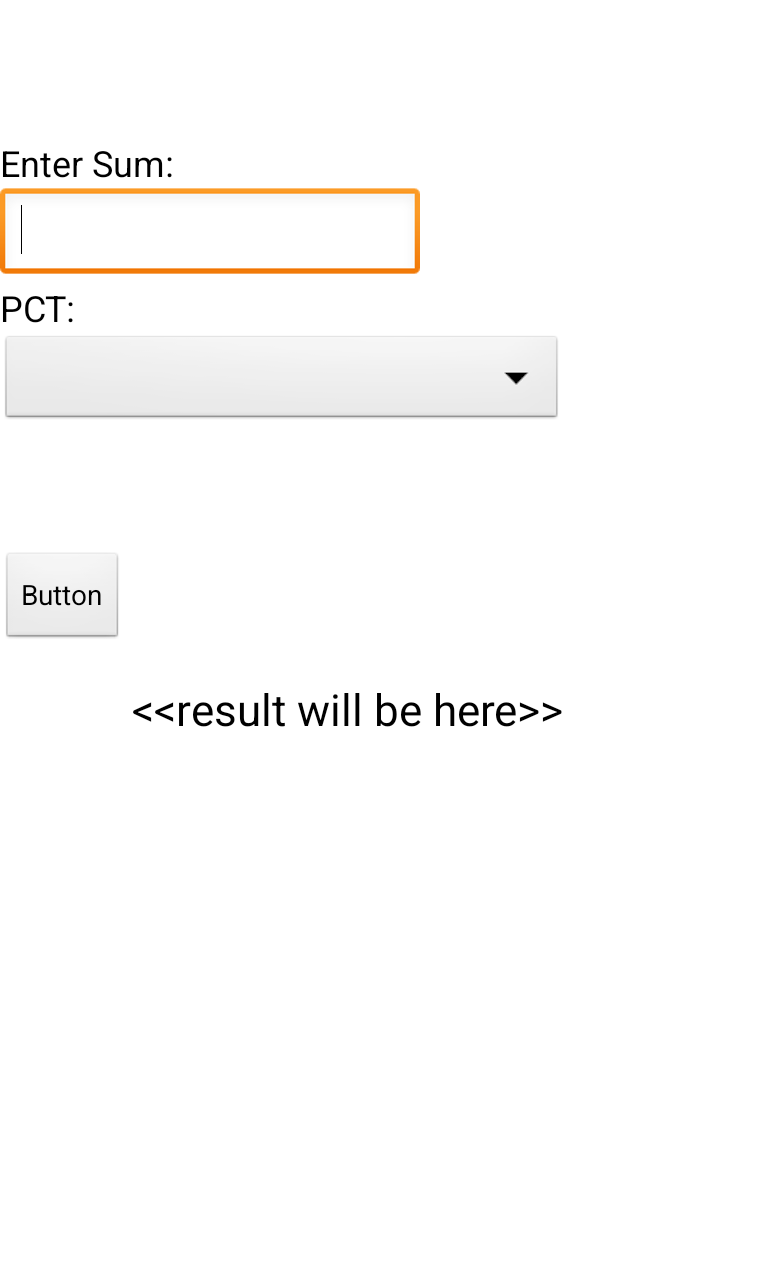
Repository: golan2/Android
Layout: Test2/izikTest/res/layout/activity_main.xml
An editor plug-in stored every save of this project. The layout is shown before and after the next save, followed by the edit.
It is drawn on a 768 x 1280 px phone screen (xhdpi) without system bars, with theme AppTheme; the app's code is not run.

Above is the layout before, as saved 2015-03-11 15:20:54.

### Test2/izikTest/res/layout/activity_main.xml
<RelativeLayout xmlns:android="http://schemas.android.com/apk/res/android"
    xmlns:tools="http://schemas.android.com/tools"
    android:layout_width="match_parent"
    android:layout_height="match_parent"
    tools:context="${relativePackage}.${activityClass}" >

    <LinearLayout
        android:id="@+id/linearLayout1"
        android:layout_width="wrap_content"
        android:layout_height="wrap_content"
        android:layout_marginTop="69dp"
        android:orientation="vertical" >

        <TextView
            android:id="@+id/TextView01"
            android:layout_width="wrap_content"
            android:layout_height="wrap_content"
            android:text="@string/enter_sum"
            android:textAppearance="?android:attr/textAppearanceMedium" />

        <EditText
            android:id="@+id/txtEnterSum"
            android:layout_width="wrap_content"
            android:layout_height="wrap_content"
            android:ems="10" >

            <requestFocus />
        </EditText>

        <TextView
            android:id="@+id/textView1"
            android:layout_width="wrap_content"
            android:layout_height="wrap_content"
            android:text="@string/select_pct"
            android:textAppearance="?android:attr/textAppearanceMedium" />

        <Spinner
            android:id="@+id/spinPCT"
            android:layout_width="match_parent"
            android:layout_height="wrap_content" />

        <Button
            android:id="@+id/btnCalculate"
            android:layout_width="wrap_content"
            android:layout_height="wrap_content"
            android:layout_marginTop="61dp"
            android:text="Button" />

        <TextView
            android:id="@+id/txtResult"
            android:layout_width="wrap_content"
            android:layout_height="wrap_content"
            android:layout_marginLeft="66dp"
            android:layout_marginTop="16dp"
            android:text="&lt;&lt;result will be here>>"
            android:textAppearance="?android:attr/textAppearanceLarge" />
    </LinearLayout>

</RelativeLayout>

### Test2/izikTest/res/values/styles.xml
<resources>

    <!--
        Base application theme, dependent on API level. This theme is replaced
        by AppBaseTheme from res/values-vXX/styles.xml on newer devices.
    -->
    <style name="AppBaseTheme" parent="android:Theme.Light">
        <!--
            Theme customizations available in newer API levels can go in
            res/values-vXX/styles.xml, while customizations related to
            backward-compatibility can go here.
        -->
    </style>

    <!-- Application theme. -->
    <style name="AppTheme" parent="AppBaseTheme">
        <!-- All customizations that are NOT specific to a particular API-level can go here. -->
    </style>

</resources>

### Test2/izikTest/res/values/strings.xml
<?xml version="1.0" encoding="utf-8"?>
<resources>

    <string name="app_name">izikTest</string>
    <string name="hello_world">Enter amount</string>
    <string name="title_activity_izik">IzikActivity</string>
    <string name="action_settings">Settings</string>
    <string name="title_activity_activity2">Activity2</string>
    <string name="title_activity_my">MyActivity</string>
    <string name="enter_sum">Enter Sum:</string>
    <string name="select_pct">PCT:</string>


</resources>

Loaded but not shown: Test2/izikTest/res/values-v11/styles.xml (common file); Test2/izikTest/res/values-v14/styles.xml (common file)

After the next save:
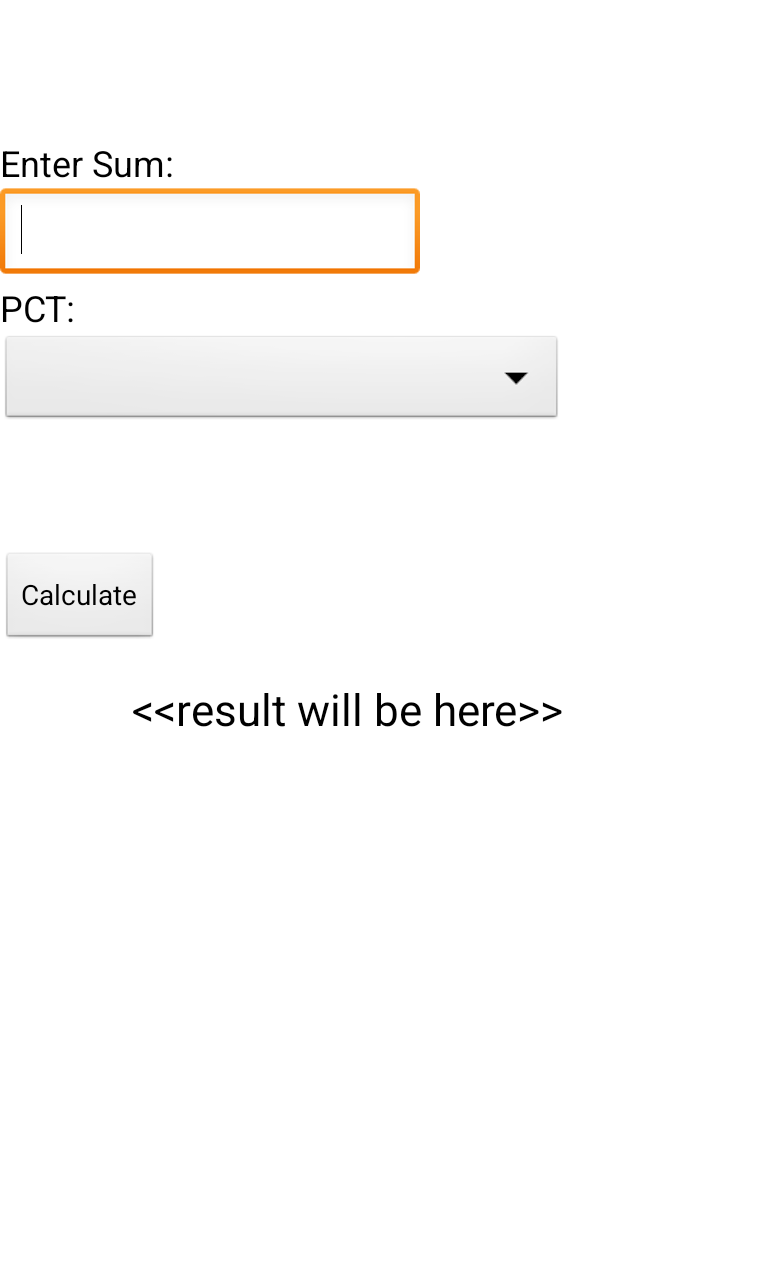
Saved 8 min 52 s later.
--- a/Test2/izikTest/res/layout/activity_main.xml
+++ b/Test2/izikTest/res/layout/activity_main.xml
@@ -44,7 +44,7 @@
             android:layout_width="wrap_content"
             android:layout_height="wrap_content"
             android:layout_marginTop="61dp"
-            android:text="Button" />
+            android:text="Calculate" />
 
         <TextView
             android:id="@+id/txtResult"
